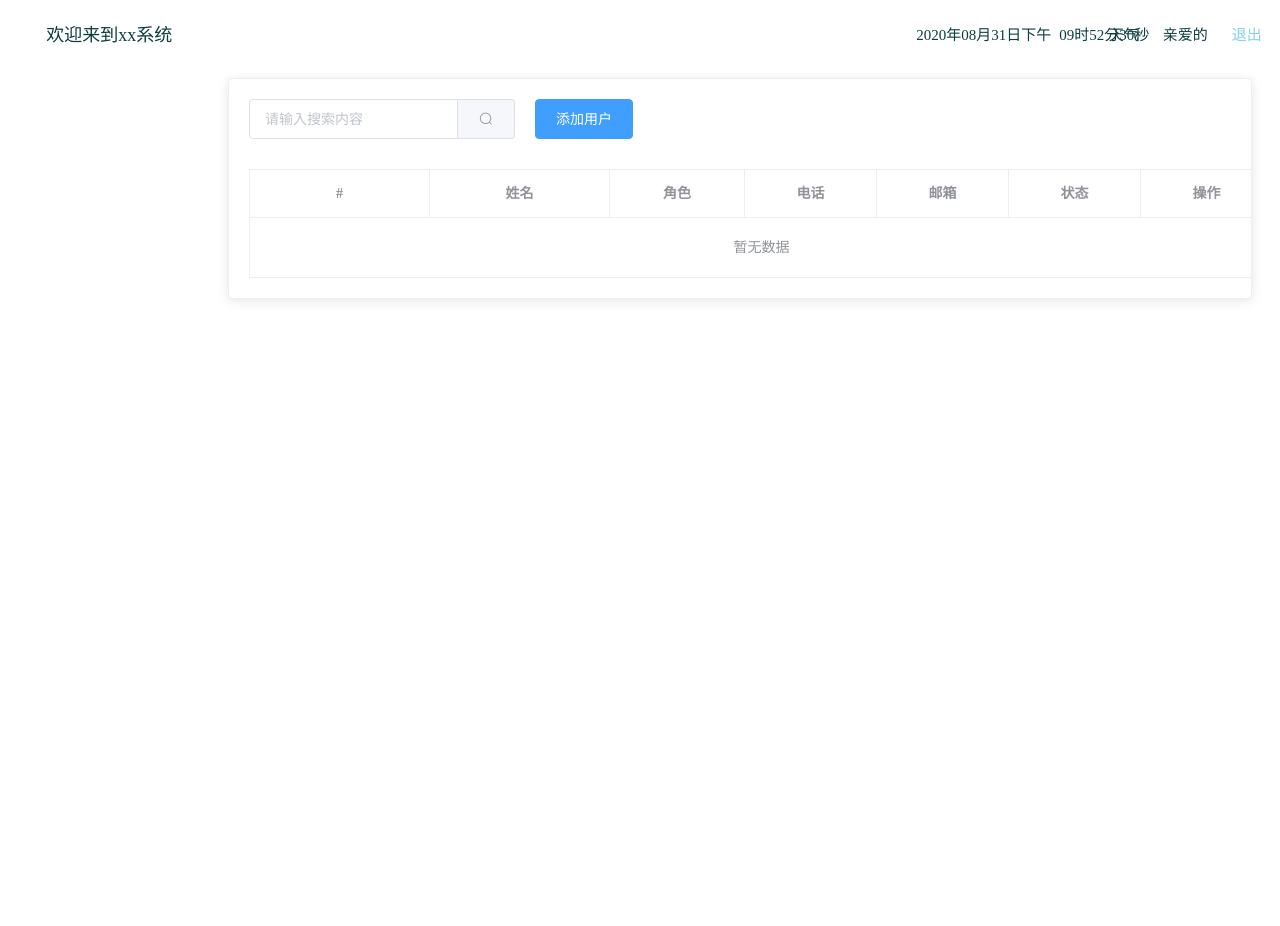
Repository: 2510699771/background-system
Page: /users/users
The author's editor kept a copy of each file at every save. The page is drawn from the files as they stood at one save, then again after the next save.
The browser window is 1280 px wide. The pictures show the whole page.
The page's requests for data from a server got no answer. The project was rebuilt for these pictures with package versions that can differ from the ones it lists, and the page was loaded fresh each time. No one was signed in, and anything a server would have sent is missing. Also part of the build but not shown: vue.config.js, src/views/Home.vue.

Above is the page before, as saved 2020-08-31 21:55:55.

### src/main.js
import Vue from 'vue'
import App from './App.vue'
import router from './router'
import store from './store'
import ElementUI from 'element-ui';
import 'element-ui/lib/theme-chalk/index.css';

Vue.config.productionTip = false
Vue.use(ElementUI);

new Vue({
  router,
  store,
  el: '#app',
  render: h => h(App)
}).$mount('#app')

### src/App.vue
<template>
  <div id="app">

    <router-view/>
  </div>
</template>

<style lang="stylus">
</style>

### src/router/index.js
import Vue from 'vue'
import VueRouter from 'vue-router'
import Home from '../views/Home.vue'
import Layout from "../views/Layout/Layout.vue"

Vue.use(VueRouter)

const routes = [
  //首页
  {
    path: "/home",
    component: Layout,
    meta: {
      icon: 'el-icon-s-home'
    },
    children: [{
      path: "",
      name: 'Home',
      component: Home,
      meta: {
        title: '首页',
        parentpath: '/home',
        icon: 'el-icon-s-home'
      }
    }, ]
  },
  {
    path: '/',
    redirect: '/home'
  },
  //数据统计
  {
    path: "/reports",
    component: Layout,
    meta: {
      icon: 'el-icon-message'
    },
    children: [{
      path: "reports",
      name: "reports",
      component: () => import("../views/Reports/Reports.vue"),
      meta: {
        title: '数据报表',
        parentpath: "/reports/reports",
        icon: 'el-icon-position'
      }
    }]
  },
  //订单管理
  {
    path: "/orders",
    component: Layout,
    meta: {
      icon: 'el-icon-notebook-2'
    },
    children: [{
      path: "orders",
      name: "orders",
      component: () => import("../views/Orders/Orders.vue"),
      meta: {
        title: '订单列表',
        parentpath: "/orders/orders",
        icon: 'el-icon-folder-add'
      }
    }, ]
  },
  //商品管理
  {
    path: "/goods",
    component: Layout,
    meta: {
      icon: 'el-icon-shopping-bag-1'
    },
    children: [{
        path: "goods",
        name: "goods",
        component: () => import("../views/Goodlist/Goodlist.vue"),
        meta: {
          title: '商品列表',
          parentpath: "/goods/goods",
          icon: 'el-icon-bangzhu'
        }
      },
      {
        path: "params",
        name: "params",
        component: () => import("../views/Goodsparams/Goodsparams.vue"),
        meta: {
          title: '分类参数',
          parentpath: "/goods/params",
          icon: 'el-icon-bell'
        }
      }, {
        path: "categories",
        name: "categories",
        component: () => import("../views/GoodsCategories/GoodsCategories.vue"),
        meta: {
          title: '商品分类',
          parentpath: "/goods/categories",
          icon: 'el-icon-date'
        }
      },
    ]
  },
  //用户管理
  {
    path: "/users",
    component: Layout,
    meta: {
      icon: 'el-icon-user'
    },
    children: [{
      path: "users",
      name: "users",
      component: () => import("../views/UserList/UserList.vue"),
      meta: {
        title: '用户列表',
        parentpath: "/users/users",
        icon: 'el-icon-user'
      }
    }, ]
  },
  //权限管理
  {
    path: "/rights",
    component: Layout,
    meta: {
      icon: 'el-icon-folder'
    },
    children: [{
      path: "roles",
      name: "roles",
      component: () => import("../views/Rolelist/Rolelist.vue"),
      meta: {
        title: '角色列表',
        parentpath: "/rights/roles",
        icon: 'el-icon-setting'
      }
    }, {
      path: "rights",
      name: "rights",
      component: () => import("../views/Permissionslist/Permissionslist.vue"),
      meta: {
        title: '权限列表',
        parentpath: "/rights/rights",
        icon: 'el-icon-c-scale-to-original'
      }
    }, ]
  },
  //登录
  {
    path: '/login',
    name: 'login',
    component: () => import('../views/Login/Login.vue')
  }
]
const isPro = process.env.NODE_ENV === 'production'

const router = new VueRouter({
  mode: isPro ? 'hash' : 'history',
  base: process.env.BASE_URL,
  routes
})

export default router

### src/store/index.js
import Vue from 'vue'
import Vuex from 'vuex'
import user from "./user/user"

Vue.use(Vuex)

export default new Vuex.Store({
  //存储共享数据
  state: {},
  //同步修改state的值
  mutations: {},
  //用来发请求，异步提交mutation
  actions: {},
  //模块
  modules: {
    user
  }
})

### src/views/Layout/Layout.vue
<template>
  <div>
    <el-container>
      <el-header height="50px">
        <top></top>
      </el-header>
      <el-container>
        <el-aside width="200px">
          <left></left>
        </el-aside>
        <el-main>
          <router-view />
        </el-main>
      </el-container>
    </el-container>
  </div>
</template>

<script>
import top from "../../components/Layout/Top";
import left from "../../components/Layout/Left";
export default {
  name: "",
  //接受父组件传递的数据
  props: {},
  //注册组件
  components: {
    top,
    left,
  },
  data() {
    return {};
  },
  methods: {},
  mounted() {},
  watch: {},
  computed: {},
};
</script>

<style scoped lang='scss'>
.el-main {
  height: 860px;
}
</style>

### src/views/UserList/UserList.vue
<template>
  <div>
    <el-card class="box-card">
      <div style="width:30vw;display:flex">
        <el-input placeholder="请输入搜索内容" v-model="value" class="input-with-select">
          <el-button slot="append" icon="el-icon-search"></el-button>
        </el-input>
        <el-button type="primary" style="margin-left:20px">添加用户</el-button>
      </div>
      <div style="width:80vw;margin-top:30px">
        <el-table :data="userslist" border style="width: 100%" stripe>
          <el-table-column prop="date" label="#" width="180" type="index" align="center"></el-table-column>
          <el-table-column prop="username" label="姓名" width="180" align="center"></el-table-column>
          <el-table-column prop="role_name" label="角色" align="center"></el-table-column>
          <el-table-column prop="create_time" label="电话" align="center"></el-table-column>
          <el-table-column prop="email" label="邮箱" align="center"></el-table-column>
          <el-table-column prop="address" label="状态" align="center">
            <template slot-scope="scope">
              <el-switch
                v-model="scope.row.mg_state"
                active-color="#13ce66"
                @change="change(scope)"
                inactive-color="#A9A9A9"
              ></el-switch>
            </template>
          </el-table-column>
          <el-table-column prop="address" label="操作" align="center">
            <template slot-scope="scope">
              <el-button
                type="primary"
                size="mini"
                icon="el-icon-edit"
                @click="handleEdit(scope.$index, scope.row)"
              ></el-button>
              <el-button
                type="danger"
                icon="el-icon-delete"
                size="mini"
                @click="handleEdit(scope.$index, scope.row)"
              ></el-button>
              <el-button
                type="warning"
                size="mini"
                icon="el-icon-setting"
                @click="handleEdit(scope.$index, scope.row)"
              ></el-button>
            </template>
          </el-table-column>
        </el-table>
      </div>
      <!-- <div style="margin-top:20px">
        <el-pagination
          @size-change="handleSizeChange"
          @current-change="handleCurrentChange"
          :current-page="currentPage"
          :page-sizes="pageSizes"
          :page-size="pageSize"
          layout="total, sizes, prev, pager, next, jumper"
          :total="uselist.length"
        ></el-pagination>
      </div>-->
    </el-card>
  </div>
</template>

<script>
import { createNamespacedHelpers } from "vuex";
const userModule = createNamespacedHelpers("user");
const { mapState: userState, mapActions: userActions } = userModule;
export default {
  name: "",
  //接受父组件传递的数据
  props: {},
  //注册组件
  components: {},
  data() {
    return {
      value: "",
      currentPage: 1,
      pageSizes: [5, 15, 20, 30],
      pagesize: 5, //每页显示条数
      pagenum: 1, //当前页码
      query: "", //查询参数
    };
  },
  methods: {
    change(e) {
      console.log(e);
      console.log(111);
    },
    //方法展开
    ...userActions(["getUsers"]),

    handleSizeChange(val) {
      console.log(`每页 ${val} 条`);
    },
    handleCurrentChange(val) {
      console.log(`当前页: ${val}`);
    },
    // getUsers() {
    //   this.$store.dispatch("user/getUsers", {
    //     query: this.query,
    //     pagenum: this.pagenum,
    //     pagesize: this.pagesize,
    //   });
    // },
  },
  mounted() {
    // this.getUsers();
    this.getUsers({
      query: this.query,
      pagenum: this.pagenum,
      pagesize: this.pagesize,
    });
  },
  watch: {},
  computed: {
    //数据展开
    ...userState(["userslist"]),
  },
};
</script>

<style scoped lang='scss'>
</style>

### src/store/user/user.js
import api from "../../http/api"
import router from "../../router"
import {
    Message
} from "element-ui"
export default {
    //开启命名空间
    namespaced: true,
    //存储共享数据
    state: {
        menus: [], //侧边导航

        userslist: [], //用户管理用户列表
        pagesize: 5, //每页显示条数
        pagenum: 1, //当前页码
        query: "", //查询参数

    },
    //同步修改state的值
    mutations: {
        //侧边导航栏方法
        setMenus(state, data) {
            state.menus = data
        },
        //用户管理列表
        setUserslist(state, data) {
            state.userslist = data
        }
    },

    //用来发请求，异步提交mutation
    actions: {
        //所有的请求都写在actions中

        //提交commit
        async getMenus({
            commit
        }) {
            let res = await api.getMenus()
            if (res.meta.status === 200) {
                res.data.unshift({
                    path: 'home',
                    authName: '首页',
                })
                res.data.map(item => {
                    item.path = '/' + item.path
                    router.options.routes.map(item2 => {
                        if (item.path === item2.path) {
                            item.icon = item2.meta.icon
                            if (item2.children && item2.children.length > 0) {
                                item2.children.map(item3 => {
                                    if (item.children && item.children.length > 0) {
                                        item.children.map(item4 => {
                                            if (item4.path === item3.path) {
                                                item4.icon = item3.meta.icon
                                            }
                                        })
                                    }
                                })
                            }
                        }
                    })
                    if (item.children && item.children.length > 0) {
                        item.children.map(item1 => {
                            item1.path = item.path + '/' + item1.path
                        })
                    }

                })
                commit('setMenus', res.data)

            }
        },

        //没有提交commit
        async login({
            commit
        }, {
            username,
            password
        }) {
            let res = await api.login({
                username,
                password
            })
            if (res.meta.status) {
                localStorage.setItem('admitToken', res.data.token)
                localStorage.setItem('admitUser', JSON.stringify(res.data))
                router.push('/')
                Message.success('登录成功')
                console.log(commit)
            }
        },

        async getUsers({
            commit
        }, {
            query,
            pagenum,
            pagesize,
        }) {
            let res = await api.getUsers(
                query, pagenum, pagesize
            )
            if (res.meta.status === 200) {
                console.log(res, "用户列表")
                commit('setUserslist', res.data.users)
            }
        }
    },
}

### src/components/Layout/Top.vue
<template>
  <div class="alltop">
    <div class="topContent">
      <div>欢迎来到xx系统</div>
      <div class="userinfo">
        <div class="time">
          <div>{{year}}</div>
          <div>{{prompt}}</div>
          <div style="margin:0 8px">{{specific}}</div>
        </div>
        <div style="width:30%">
          <div style="margin:0 12px">天气</div>
          <div style="margin:0 12px">亲爱的{{username}}</div>
          <div style="color:skyblue;cursor:pointer;margin:0 12px">退出</div>
        </div>
      </div>
    </div>
  </div>
</template>

<script>
import dayjs from "dayjs";
export default {
  name: "",
  //接受父组件传递的数据
  props: {},
  //注册组件
  components: {},
  data() {
    return {
      year: "",
      specific: "",
      prompt: "",
      username: "",
    };
  },
  methods: {
    getTime() {
      let time = dayjs(new Date()).format("YYYY年MM月DD日");
      let hour = dayjs(new Date()).format("HH");
      console.log(hour);
      if (0 <= hour && hour <= 12) {
        this.prompt = "上午";
      } else if (24 > hour && hour > 12) {
        this.prompt = "下午";
      }
      let specific = dayjs(new Date()).format("hh时mm分ss秒");
      this.year = time;
      this.specific = specific;
    },
  },
  mounted() {
    let name = JSON.parse(localStorage.getItem("admitUser"));
    if (name) {
      this.username = name.username;
    }
    setInterval(() => {
      this.getTime();
    }, 1000);
  },
  watch: {},
  computed: {},
};
</script>

<style scoped lang='scss'>
.alltop {
  color: rgb(12, 61, 63);
  width: 100%;
  height: 50px;
  display: flex;
  justify-content: center;
  align-content: center;
  font-size: 18px;
  .topContent {
    width: 97%;
    display: flex;
    justify-content: space-between;
    align-items: center;
    .userinfo {
      display: flex;
      width: 25%;
      justify-content: space-around;
    }
    .userinfo > div {
      height: 50px;
      align-items: center;
      display: flex;
      justify-content: center;
      font-size: 15px;
      white-space: nowrap;
    }
  }
}
.time {
  width: 15vw;
  display: flex;
  align-items: center;
}
</style>

### src/components/Layout/Left.vue
<template>
  <div>
    <el-menu router :default-active="$route.meta.parentpath" unique-opened>
      <!-- 最外层循环el-submenu不能直接在标签内部循环，需要在外部插槽循环然后给内容绑定:key -->
      <template v-for="item in menus">
        <el-submenu
          :key="item.id"
          :index="item.path"
          v-if="item.children && item.children.length > 0"
        >
          <!-- ！！！template标签必须要有slot="title"不然就为内容 -->
          <template slot="title">
            <i :class="item.icon"></i>
            <span>{{item.authName}}</span>
          </template>
          <!-- 第二层标题循环用<el-menu-item-group>标签包裹 -->
          <el-menu-item-group>
            <!-- el-menu-item标签 :index绑定路由 可在标签内循环 -->
            <el-menu-item v-for="item1 in item.children" :index="item1.path" :key="item1.id">
              <!-- slot="title"可加可不加 -->
              <i :class="item1.icon"></i>
              <span slot="title">{{item1.authName}}</span>
            </el-menu-item>
          </el-menu-item-group>
        </el-submenu>
        <!-- v-else 如果item下的list为空的时候取消折叠 -->
        <el-menu-item :index="item.path" :key="item.id" v-else>
          <i :class="item.icon"></i>
          <span slot="title">{{ item.authName }}</span>
        </el-menu-item>
      </template>
    </el-menu>
  </div>
</template>

<script>
import { createNamespacedHelpers } from "vuex";
const userModule = createNamespacedHelpers("user");
const { mapState: userState, mapActions: userActions } = userModule;

export default {
  name: "",
  //接受父组件传递的数据
  props: {},
  //注册组件
  components: {},
  data() {
    return {};
  },
  methods: {
    //方法展开
    ...userActions(["getMenus"]),
  },
  mounted() {
    this.getMenus();
  },
  watch: {},
  computed: {
    //数据展开
    ...userState(["menus"]),
  },
};
</script>

<style scoped lang='scss'>
</style>

### src/http/api.js
import service from "./index"

export default {
    //登录
    login({
        username,
        password
    }) {
        return service.post('/login', {
            username,
            password
        })
    },
    //侧边导航
    getMenus() {
        return service.get('menus')
    },

    //用户数据列表
    getUsers(
        query, //查询参数
        pagenum, //当前页码
        pagesize //每页显示条数

    ) {
        return service.get(`users?query=${query}&pagenum=${pagenum}&pagesize=${pagesize}`)
    }

}

### src/http/index.js
import axios from "axios"
import nprogress from "nprogress"
import {
    Message
} from "element-ui"

//运行环境：本地环境:devLpment和线上(生产)环境:production
const isPro = process.env.NODE_ENV === 'production'

const servic = axios.create({
    //基础路径
    baseURL: isPro ? '线上接口路径' : '/api',
    timeout: 100000
})

//请求拦截
servic.interceptors.request.use((config) => {
    //请求成功的时候上面的进度条开始
    nprogress.start()
    //前后端建权(令牌)
    let token = localStorage.getItem('admitToken')
    if (token) {
        config.headers['Authorization'] = token
    }
    return config
}), err => {
    //请求失败的时候
    nprogress.done()
    return Promise.reject(err)
}


//响应拦截,每一次接口返回路径都会干的事情
servic.interceptors.response.use((res) => {
    nprogress.done()
    return res.data
}), err => {
    //失败的时候
    if (err.response && err.response.status) {
        //错误请求的状态码
        let status = err.response.status
        if (status === 400) {
            Message.error('参数错误')
        }
        if (status === 401) {
            Message.error('登录过期，请重新登录')
        }
        if (status === 403) {
            Message.error('没有权限')
        }
        if (status === 404) {
            Message.error('接口路径错误')
        }
        if (status === 500) {
            Message.error('服务器出错')
        }
        if (status === 400) {
            Message.error('参数错误')
        }
        if (status === 503) {
            Message.error('服务器在维护')
        }
    }
}
export default servic

Loaded but not shown: public/index.html (common file)

After the next save:
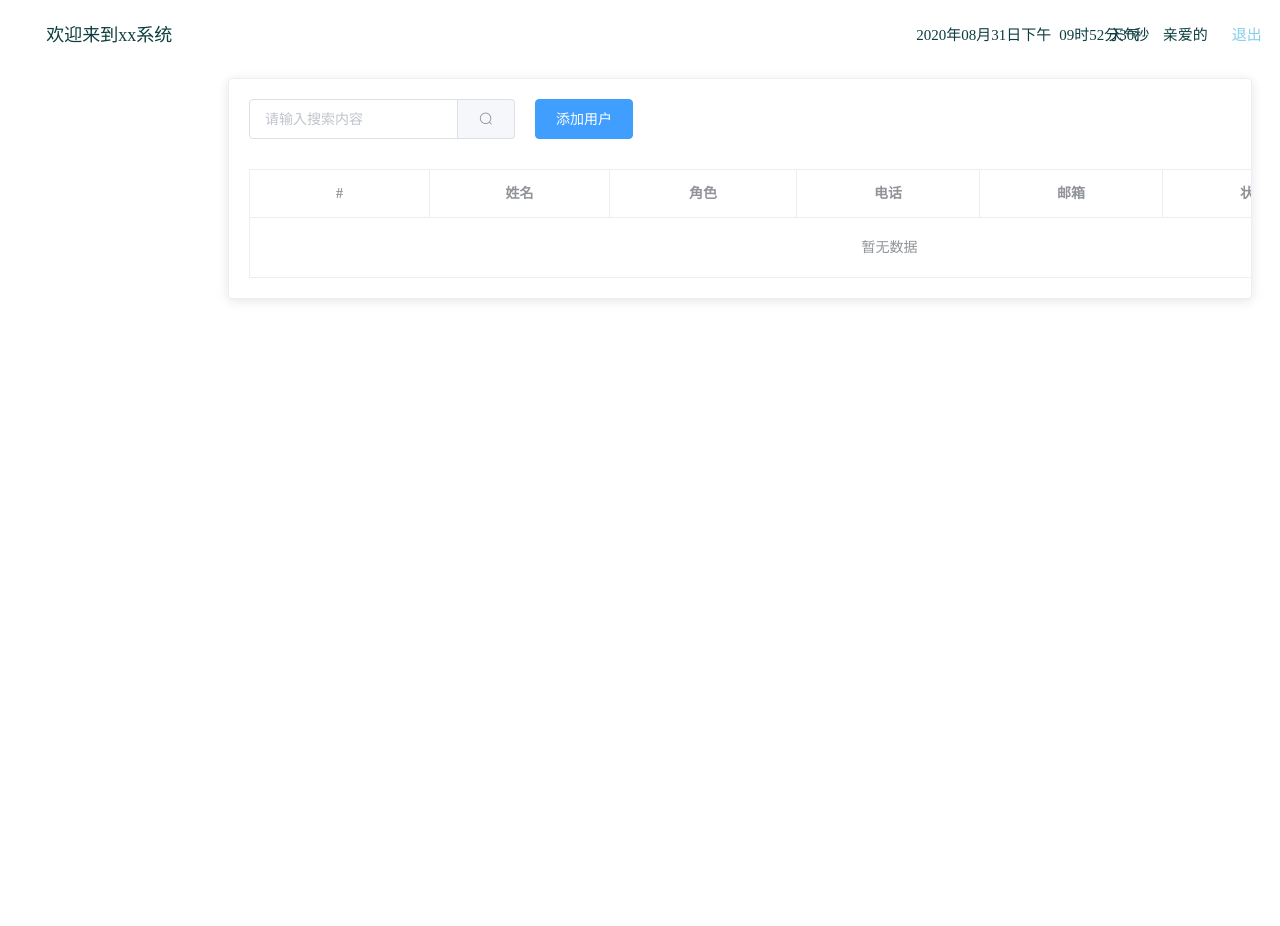
Saved 8 s later.
--- a/src/views/UserList/UserList.vue
+++ b/src/views/UserList/UserList.vue
@@ -7,7 +7,7 @@
         </el-input>
         <el-button type="primary" style="margin-left:20px">添加用户</el-button>
       </div>
-      <div style="width:80vw;margin-top:30px">
+      <div style="width:100vw;margin-top:30px">
         <el-table :data="userslist" border style="width: 100%" stripe>
           <el-table-column prop="date" label="#" width="180" type="index" align="center"></el-table-column>
           <el-table-column prop="username" label="姓名" width="180" align="center"></el-table-column>
